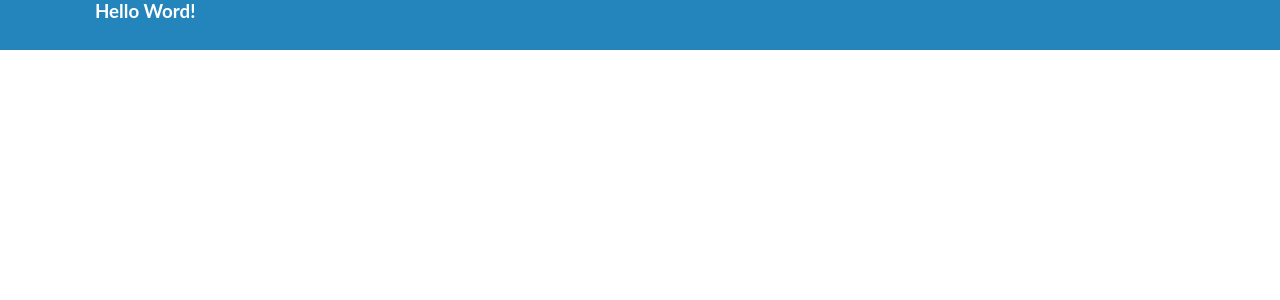
Repository: JoaoNahid/adminSystem
Page: /home (app in client/)
An editor plug-in stored every save of this project. The page is shown before and after the next save, followed by the edit.
The browser window is 1280 px wide. The pictures show the whole page.
The project was rebuilt for these pictures with package versions that can differ from the ones it lists, and the page was loaded fresh each time. Also part of the build but not shown: client/src/App.css, client/src/routes/login.js, client/src/routes/cadastro.js, client/src/routes/404.js.

Above is the page before, as saved 2022-04-20 20:50:56.

### client/src/App.js
import logo from './logo.svg';
import React, { useState, useEffect } from "react"
import './App.css';
import './css/style.css';


// Router
import { BrowserRouter as Router, Route, Routes } from 'react-router-dom';
// Telas
import Login from './routes/login.js'
import Cadastro from './routes/cadastro.js'
import Home from './routes/home.js'
import Error from './routes/404.js'
import Header from './routes/header.js'

export default function App() {
  return (
    <Router>
      <div>
        <Header />
        <Routes>
          <Route exact path="/login" element={<Login />} />
          <Route exact path="/cadastro" element={<Cadastro />} />
          <Route exact path="/" element={<Home />} />
          <Route exact path="/home" element={<Home />} />
          <Route path="*" element={<Error />} />
        </Routes>
      </div>
    </Router>
  )
}

### client/src/css/style.css
body{
  margin: 0;
  padding: 0;
  font-family: 'Lato', sans-serif;
}
*{
  margin: 0;
  padding: 0;
  font-family: 'Lato', sans-serif;
}
:root{
  --cor1: #099c22;
  --cor2: #424242;
}

@import url('https://fonts.googleapis.com/css2?family=Lato:ital,wght@0,100;0,300;0,400;0,700;0,900;1,100;1,300;1,400;1,700;1,900&display=swap');


.container{
  /* width: calc(100% - 80px); */
  margin-left: 80px;
  padding: 0 15px;
}
.nomePagina{
  padding: 8px 0;
  margin-bottom: 15px;
  background-color: #fff;
  display: flex;
  flex-direction: row;
  justify-content: space-between;
  align-items: center;
}

.tituloPagina{
  color: var(--cor2);
  font-size: 30px;
}
.mostrarEstatisticas{
  color: var(--cor2);
  font-size: 30px;
  cursor: pointer;
  transform: rotate(180deg);
}
.flexBox{
  display: flex;
}
.flexRow{
  flex-direction: row;
}
/* SIDEBAR */
.sidebar{
  position: fixed;
  top: 0;
  bottom: 0;
  height: auto;
  width: 70px;
  background-color: var(--cor2);
  box-shadow: 10px 0 0 var(--cor1);
  overflow: hidden;
  transition: 0.5s;
  z-index: 2;
}
.sidebar:hover{
  width: 300px;
}
.sidebar ul{
  position: absolute;
  top: 200px;
  left: 0;
  width: 100%;
  padding-left: 5px;
}
.sidebar ul li{
  position: relative;
  list-style: none;
  width: 100%;
  border-top-left-radius: 20px;
}
.sidebar ul li a{
  position: relative;
  display: flex;
  width: 100%;
  text-decoration: none;
  color: #fff;
}
.sidebar .iconeSidebar{
  position: relative;
  display: block;
  min-width: 60px;
  height: 60px;
  text-align: center;
  line-height: 70px;
}
.sidebar .iconeSidebar ion-icon{
  position: relative;
  font-size: 1.5rem;
  z-index: 1;
}
.sidebar .tituloSidebar{
  position: relative;
  display: block;
  padding-left: 10px;
  height: 60px;
  line-height: 60px;
  white-space: nowrap;
}
.sidebar .active{
  background: var(--cor1);
}
.perfilUsuario{
  position: relative;
  top: 30px;
  display: flex;
  flex-direction: column;
  justify-content: center;
  align-items: center;
}
.fotoUsuario{
  width: 50px;
  height: 50px;
  border-radius: 50%;
  background-size: cover !important;
  background-repeat: no-repeat !important;
  background-position: center !important;
  transition: 0.6s;
}
.sidebar:hover .fotoUsuario{
  width: 100px;
  height: 100px;
}
.sidebar:hover .nomeUsuario,
.sidebar:hover .funcaoUsuario{
  visibility: visible;
  opacity: 1;
  transition: visibility 0s, opacity 0s linear;
}
.nomeUsuario{
  color: #fff;
  font-size: 20px;
  margin-top: 6px;
  visibility: hidden;
  opacity: 0;
  transition: visibility 0s, opacity 0s linear;
}
.funcaoUsuario{
  color: #fff;
  font-size: 15px;
  visibility: hidden;
  opacity: 0;
  transition: visibility 0s, opacity 0s linear;
}
/* FIM SIDEBAR */

/* DASHBOARD */
.areaBlocosEstatisticas{
  display: grid;
  grid-template-columns: repeat(4, 1fr);
  justify-content: center;
  gap: 20px;
  flex-direction: row;
}
@media(max-width: 1064px){
  .areaBlocosEstatisticas{
    grid-template-columns: repeat(2, 1fr);
  }
}
@media(max-width: 651px){
  .areaBlocosEstatisticas{
    grid-template-columns: 1fr;
  }
}
.blocoEstatistica{
  width: auto;
  height: 150px;
  background: var(--cor2);
  color: #fff;
  border-bottom: 3px solid var(--cor1);
  border-top-left-radius: 20px;
  border-top-right-radius: 20px;
  display: flex;
  flex-direction: column;
  justify-content: space-between;
  align-items: center;
  padding: 8px 12px;
}
.tituloEstatistica{
  font-size: 25px;
  text-transform: capitalize;
}
.conteudoEstatistica{
  display: flex;
  flex-direction: row;
  align-items: center;
  justify-content: space-between;
  width: 100%;
  padding-bottom: 25px;
}
.iconeEstatistica{
  width: 85px;
  font-size: 50px;
  z-index: 0;
}
.dadosEstatistica{
  text-align: center;
  width: 100%;
  font-size: 60px;
  color: #fff;
}
.exibirMenu{
  margin-top: -1000px !important;
  transition: .3s;
}
.rotacionarBtn{
  transform: rotate(180deg);
  transition: .7s ease-in;
}
/* FIM DASHBOARD */

/* LOGIN */
#bgAreaLogin{
  background: rgb(9,156,34);
  background: linear-gradient(0deg, rgba(9,156,34,1) 0%, rgba(66,66,66,1) 100%);
  width: 100%;
  height: 100vh;
}
#areaLogin{
  position: absolute;
  top: 0;
  bottom: 0;
  right: 0;
  left: 0;
  margin: auto auto;
  width: 350px;
  height: 400px;
  box-shadow: rgba(0, 0, 0, 0.1) 0px 10px 15px -3px, rgba(0, 0, 0, 0.05) 0px 4px 6px -2px;
  background-color: #fff;
}
.formLogin{
  padding: 15px 45px ;
  display: flex;
  flex-direction: column;
  gap: 15px;
  align-items: center;
  justify-content: center;
  height: 100%;
}
#areaLogin input{
  /* border-top: 0 none;
  border-right: 0 none;
  border-left: 0 none;
  border-color: var(--cor1); */
  border: 0 none;
  background: #42424255;
  color: var(--cor2);
  border-radius: 20px;
  padding: 8px 12px;
  font-size: 15px;
  width: calc(100% - 24px);
}
#areaLogin input::placeholder{
  color: #fff;
}
#areaLogin input:focus{
  outline: none;
}
.btnLogar{
  width: 100% !important;
  background-color: var(--cor2) !important;
  transition: .3s;
  color: #fff !important;
}
.btnLogar:hover{
  background-color: var(--cor1) !important;
  color: #fff !important;
  cursor: pointer;
}
.esqueciASenha{
  font-size: 13px;
  color: var(--cor2);
  text-decoration: none;
}
.esqueciASenha:hover{
  color: inherit;
}

/* FIM LOGIN */

/* Edição Site */
#areaTotalEdicaoSite{
  width: 100%;
}
.menuPaginas{
  display: flex;
  justify-content: center;
  flex-direction: row;
  margin-left: 230px;
  gap: 1px;
  background: var(--cor1);
}
.paginaEdicao{
  padding: 10px 10px;
  background-color: var(--cor2);
  color: #fff;
  width: 100%;
  text-align: center;
}
.paginaEdicao:hover{
  background: var(--cor1);
  cursor: pointer;
}
.menuSectionsPagina{
  width: 230px;
  display: flex;
  flex-direction: column;
  justify-content: center;
  background: var(--cor1);
}
.sectionEdicao{
  background: var(--cor2);
  color: #fff;
  width: calc(100% - 25px);
  text-align: left;
  padding: 16px 12px;
  text-decoration: none;
}
.sectionEdicao:hover{
  background: var(--cor1);
  cursor: pointer;
}
.boxFormEdicao{
  padding: 20px;
  width: calc(100% - 267px);
  border: solid 1px var(--cor2);
  border-left: solid 1px var(--cor1);
}
.tituloCampo{
  font-size: 18px;
  color: var(--cor2);
  margin-bottom: 10px;
}
.menuAtivo{
  background-color: var(--cor1);
}
/* Fim Edição Site */


/* INPUTS */
input:focus{
  outline: 0;
}
.formEdicao input{
  border-top: 0 none;
  border-right: 0 none;
  border-left: 0 none;
  border-bottom: 2px solid var(--cor2);
  padding: 0 5px 2px;
  font-size: 15px;
  transition: 0.3s;
  width: 100%;
}
.formEdicao input:focus{
  border-color: var(--cor1);
}
/* FIM INPUTS */

#headerArea{
  height: 50px;
  width: 100%;
  background-color: rgb(36, 133, 189);
  color: #fff;
}

/* PAGINA DE ERRO */
#errorPage{
  width: 100%;
  text-align: center;
  padding-top: 50px;
}

### client/src/routes/home.js
import React, { Component, useState, useEffect } from "react"
import Axios from "axios"

export default function Home(){

    const [users, setUsers] = useState([])
    console.log(users)
     /* useEffect((e) => {
       e.preventDefault()
        Axios.get('http://localhost:3001/login').then((response) => {
            console.log(response)
            setUsers(response.data)
        })
    }) */

    return(
        <div>
            <div className="container">

            </div>
        </div>
    )
}

### client/src/routes/header.js
import React, { Component } from "react"

export default function Header() {

    return(
        <div id="headerArea">
            <div className="container">
                <h3>Hello Word!</h3>
            </div>
        </div>
    )
}

Loaded but not shown: client/public/index.html (common file); client/src/index.js (common file); client/src/index.css (common file); client/src/reportWebVitals.js (common file)

After the next save:
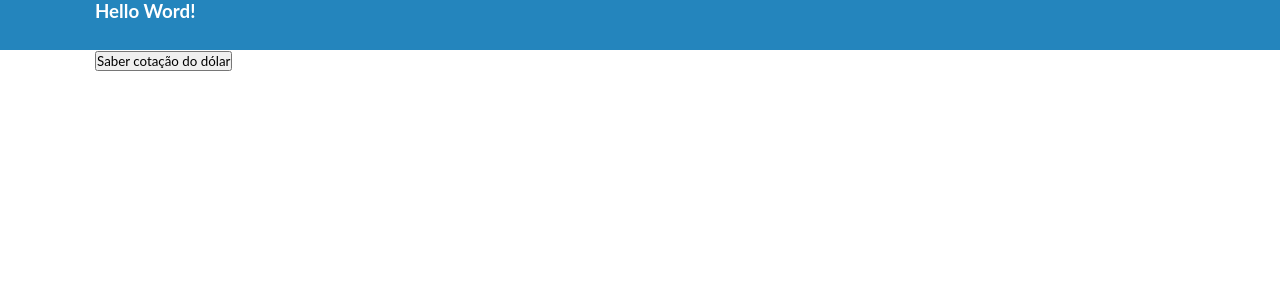
Saved 4 min 5 s later.
--- a/client/src/routes/home.js
+++ b/client/src/routes/home.js
@@ -16,7 +16,7 @@ export default function Home(){
     return(
         <div>
             <div className="container">
-
+                <button onClick={() => dolar()}>Saber cotação do dólar</button>
             </div>
         </div>
     )
